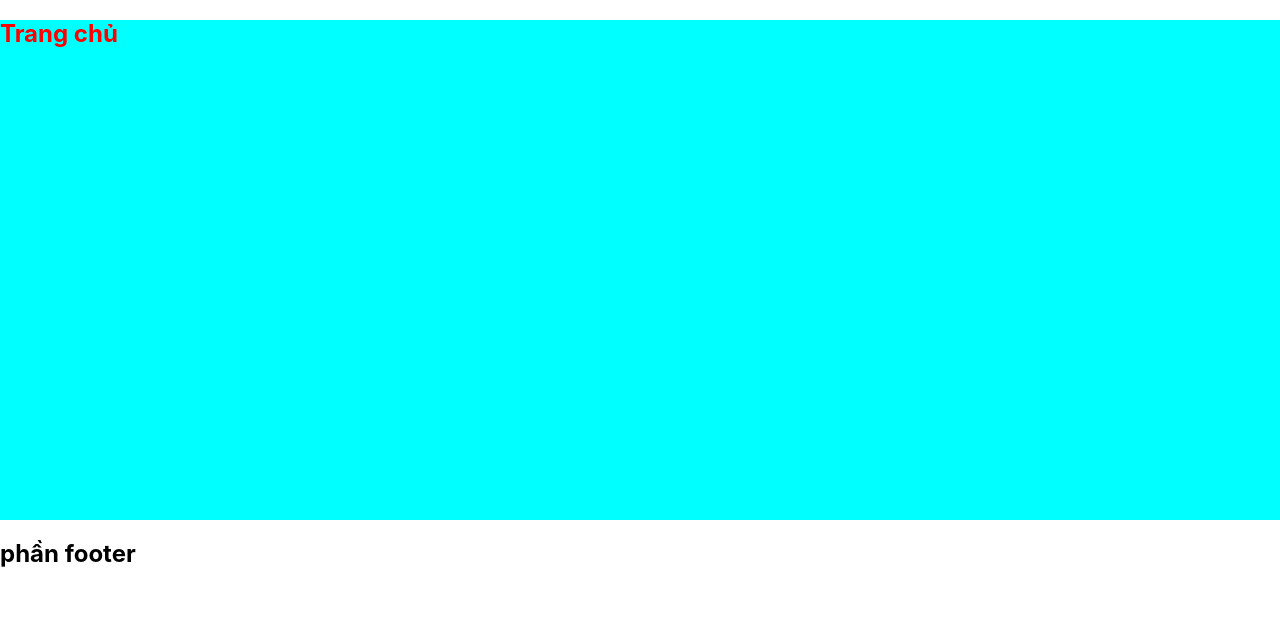
Repository: tatvanhco/shopper
Page: /
These files come from the project's save history. The page is drawn as it stood at one moment and after a run of saves; the edit follows.
The browser window is 1280 px wide. The pictures show the whole page.
The project was rebuilt for these pictures with package versions that can differ from the ones it lists, and the page was loaded fresh each time.

Above is the page before, as saved 2022-09-23 17:21:25.

### src/index.tsx
import React from 'react';
import { createRoot } from 'react-dom/client';
import { Provider } from 'react-redux';
import { store } from './app/store';
import App from './App';
import reportWebVitals from './reportWebVitals';
import './index.css';

const container = document.getElementById('root')!;
const root = createRoot(container);

root.render(
    <React.StrictMode>
        <Provider store={store}>
            <App />
        </Provider>
    </React.StrictMode>,
);

// If you want to start measuring performance in your app, pass a function
// to log results (for example: reportWebVitals(console.log))
// or send to an analytics endpoint. Learn more: https://bit.ly/CRA-vitals
reportWebVitals();

### src/app/store.ts
import { configureStore, ThunkAction, Action, getDefaultMiddleware } from '@reduxjs/toolkit';
import createSagaMiddleware from '@redux-saga/core';
import rootSaga from './rootSaga';

const sagaMiddleware = createSagaMiddleware();
export const store = configureStore({
    reducer: {

    },
    middleware: (getDefaultMiddleware) => {
        return getDefaultMiddleware().concat(sagaMiddleware);
    },
});

sagaMiddleware.run(rootSaga);

export type AppDispatch = typeof store.dispatch;
export type RootState = ReturnType<typeof store.getState>;
export type AppThunk<ReturnType = void> = ThunkAction<ReturnType, RootState, unknown, Action<string>>;

### src/App.tsx
import React from 'react';
import './App.scss';
import Header from 'components/header/header';
import Footer from 'components/footer/footer';
import Home from 'pages/home/home';

function App() {
    return (
        <div className="App">
            <Header />
            <Home />
            <Footer />
        </div>
    );
}

export default App;

### src/app/rootSaga.ts
function* rootSaga() {
    console.log('hahahha');
}

export default rootSaga;

### src/components/header/header.tsx
import clsx from 'clsx';
import { Fragment } from 'react';
import styles from './header.module.scss'

function header() {
    return (
        <Fragment>
            <div className="header">

            </div>
        </Fragment>
    );
}

export default header;

### src/components/footer/footer.tsx
function footer() {
    return <h2>phần footer</h2>;
}

export default footer;

### src/pages/home/home.tsx
import clsx from 'clsx';
import styles from './home.module.scss';

function Home() {
    return (
        <>
            <h2 className={clsx(styles.heading)}>Trang chủ</h2>
        </>
    );
}

export default Home;

### src/pages/home/home.module.scss
.heading {
    height: 500px;
    background-color: aqua;
    color: red;
}

.active {
    background-color: yellow;
}

Loaded but not shown: public/index.html (common file); src/reportWebVitals.ts (common file); src/index.css (common file); src/App.scss (common file)

After the next 3 saves:
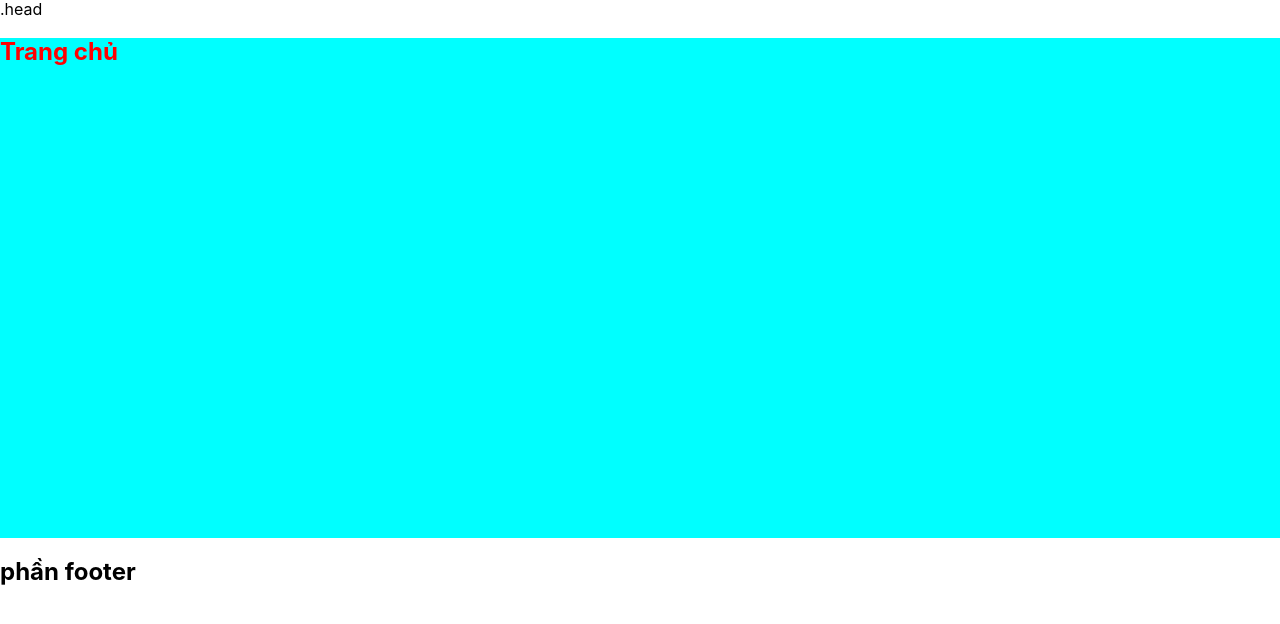
The 3 saves are shown as one change because they came seconds apart.
The last was saved 9 s later.
--- a/src/components/header/header.tsx
+++ b/src/components/header/header.tsx
@@ -6,7 +6,7 @@ function header() {
     return (
         <Fragment>
             <div className="header">
-
+                .head
             </div>
         </Fragment>
     );
